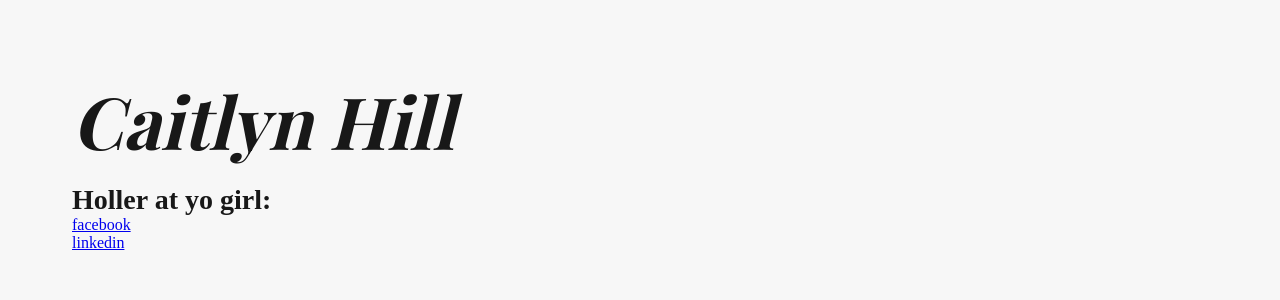
Repository: hillgang/hillgang.github.io
Page: index.html
The author's editor kept a copy of each file at every save. The page is drawn from the files as they stood at one save, then again after the next save.
The browser window is 1280 px wide. The pictures show the whole page.
Some web fonts or font styles are not loaded; a fallback is used.

Above is the page before, as saved 2019-07-31 23:25:59.

After the next save:
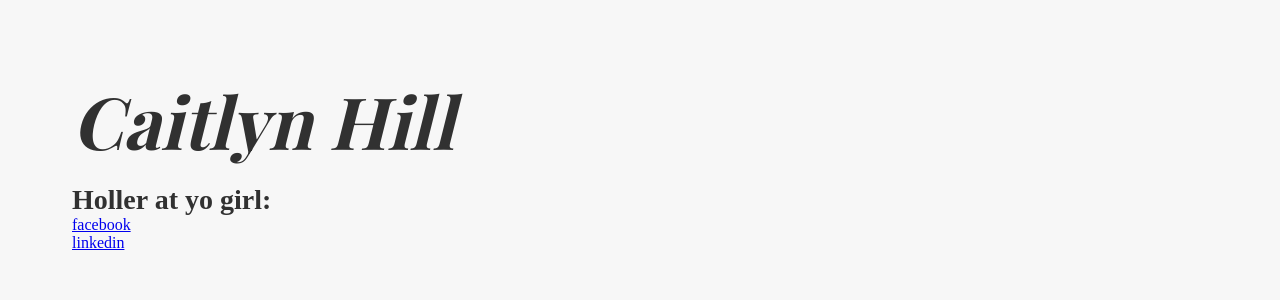
Saved 12 s later.
--- a/index.html
+++ b/index.html
@@ -19,7 +19,7 @@
         h1 {
             font-family: 'Playfair Display', serif;
             font-weight: 700;
-            opacity: .9;
+            opacity: .8;
             font-size: 72px;
             font-style: italic;
         }
@@ -27,7 +27,7 @@
             font-family: 'Alice', serif;
             font-size: 28px;
             margin: 16px 0 0 0;
-            opacity: .9;
+            opacity: .8;
         }
         p, a, li {
             font-family: 'Alice', serif;
